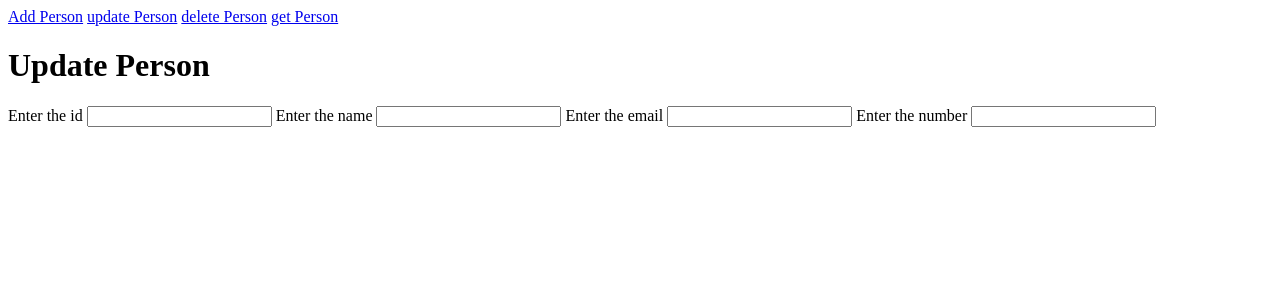
Repository: Anandnand/Web-Application
Page: http://localhost/updatePerson
An editor plug-in stored every save of this project. The page is shown before and after the next save, followed by the edit.
The browser window is 1280 px wide. The pictures show the whole page.
The page is this project's Thymeleaf template; nobody is signed in. The template is opened directly, without the code that normally fills it, so the values that code supplies are empty.

Above is the page before, as saved 2024-03-25 11:08:24.

After the next save:
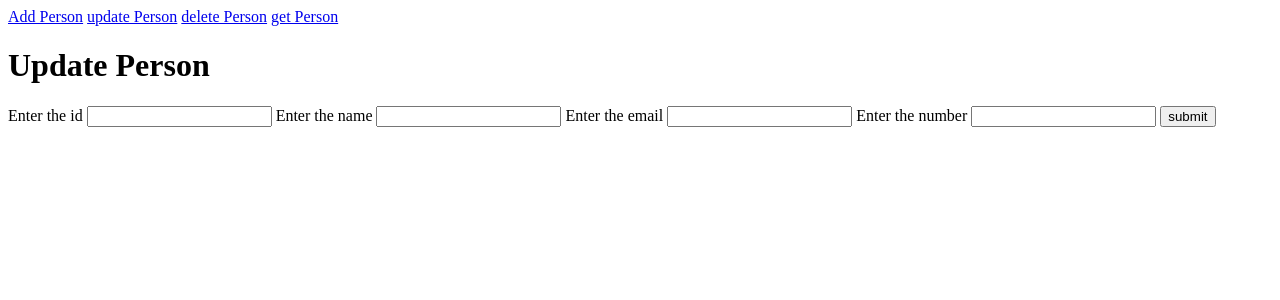
Saved 74 s later.
--- a/Student/src/main/resources/templates/updatePerson.html
+++ b/Student/src/main/resources/templates/updatePerson.html
@@ -28,6 +28,8 @@
     <input type="text"  name="email"  class="add" />
     <label>Enter the number</label>
     <input type="text"  name="number"  class="add" />
+     <input type="submit" name="submit" value="submit"/>
+
 	</form>
 	</div>
 
